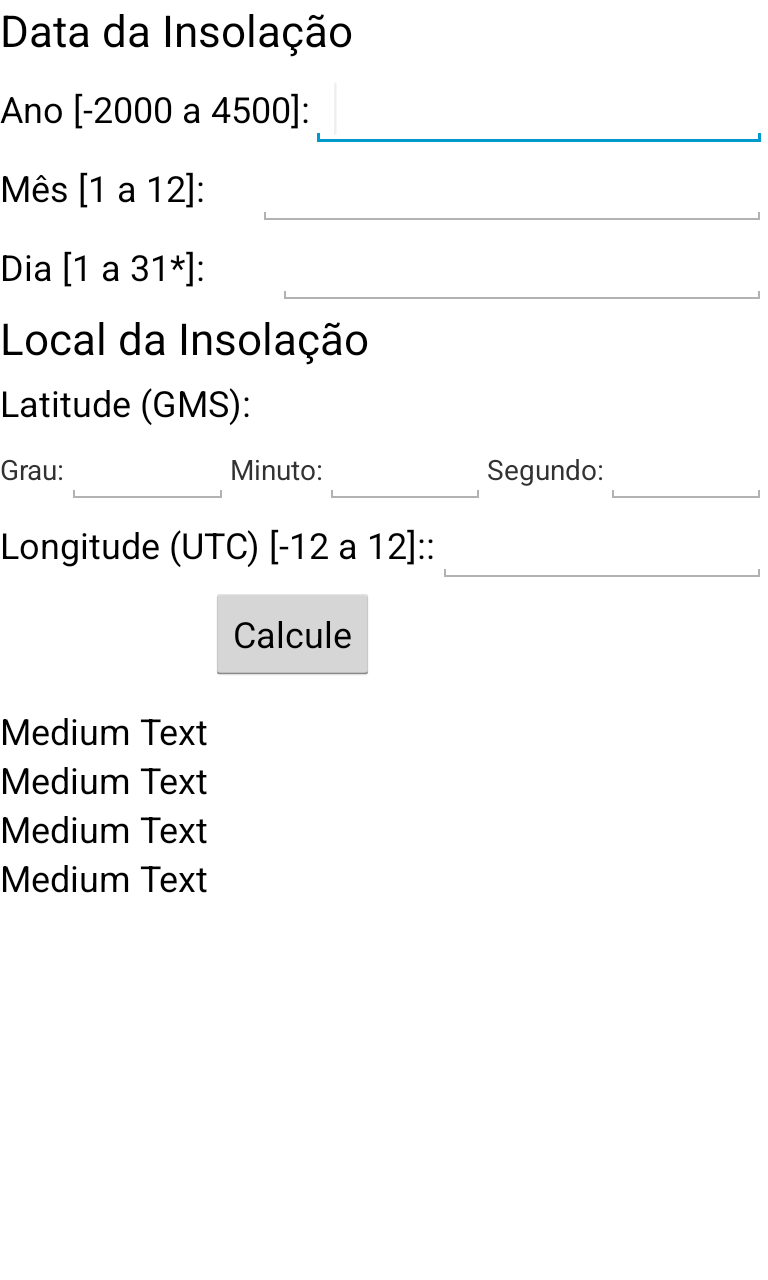
Repository: sergioPereiraBR/insolacao_terrestre
Layout: projeto/source code/InsolacaoTerrestre/res/layout/activity_insolacao_terrestre.xml
An editor plug-in stored every save of this project. The layout is shown before and after the next save, followed by the edit.
It is drawn on a 768 x 1280 px phone screen (xhdpi) without system bars, with theme AppTheme; the app's code is not run.

Above is the layout before, as saved 2016-11-23 12:10:07.

### projeto/source code/InsolacaoTerrestre/res/layout/activity_insolacao_terrestre.xml
<LinearLayout xmlns:android="http://schemas.android.com/apk/res/android"
    xmlns:tools="http://schemas.android.com/tools"
    android:id="@+id/LinearLayout1"
    android:layout_width="match_parent"
    android:layout_height="match_parent"
    android:orientation="vertical"
    tools:context="${relativePackage}.${activityClass}" >

    <LinearLayout
        android:layout_width="fill_parent"
        android:layout_height="35dp" >

        <TextView
            android:id="@+id/textView4"
            android:layout_width="wrap_content"
            android:layout_height="wrap_content"
            android:text="Data da Insolação"
            android:textAppearance="?android:attr/textAppearanceLarge" />
    </LinearLayout>

    <LinearLayout
        android:layout_width="match_parent"
        android:layout_height="wrap_content" >

        <TextView
            android:id="@+id/textView5"
            android:layout_width="wrap_content"
            android:layout_height="wrap_content"
            android:text="Ano [-2000 a 4500]:"
            android:textAppearance="?android:attr/textAppearanceMedium" />

        <EditText
            android:id="@+id/editText1"
            android:layout_width="wrap_content"
            android:layout_height="wrap_content"
            android:layout_weight="1"
            android:ems="10"
            android:inputType="numberSigned" >

            <requestFocus />
        </EditText>
    </LinearLayout>

    <LinearLayout
        android:layout_width="match_parent"
        android:layout_height="wrap_content"
        android:orientation="horizontal" >

        <TextView
            android:id="@+id/textView1"
            android:layout_width="128dp"
            android:layout_height="wrap_content"
            android:text="Mês [1 a 12]:"
            android:textAppearance="?android:attr/textAppearanceMedium" />

        <EditText
            android:id="@+id/editText2"
            android:layout_width="fill_parent"
            android:layout_height="wrap_content"
            android:layout_weight="0.39"
            android:ems="10"
            android:inputType="number" />
    </LinearLayout>

    <LinearLayout
        android:layout_width="match_parent"
        android:layout_height="40dp" >

        <TextView
            android:id="@+id/textView2"
            android:layout_width="wrap_content"
            android:layout_height="wrap_content"
            android:layout_weight="1"
            android:text="Dia [1 a 31*]:"
            android:textAppearance="?android:attr/textAppearanceMedium" />

        <EditText
            android:id="@+id/editText3"
            android:layout_width="wrap_content"
            android:layout_height="wrap_content"
            android:layout_weight="1"
            android:ems="10"
            android:inputType="number" />

    </LinearLayout>

    <LinearLayout
        android:layout_width="match_parent"
        android:layout_height="35dp" >

        <TextView
            android:id="@+id/textView3"
            android:layout_width="wrap_content"
            android:layout_height="wrap_content"
            android:text="Local da Insolação"
            android:textAppearance="?android:attr/textAppearanceLarge" />

    </LinearLayout>

    <LinearLayout
        android:layout_width="match_parent"
        android:layout_height="wrap_content" >

        <TextView
            android:id="@+id/textView6"
            android:layout_width="wrap_content"
            android:layout_height="wrap_content"
            android:text="Latitude (GMS):"
            android:textAppearance="?android:attr/textAppearanceMedium" />

    </LinearLayout>

    <LinearLayout
        android:layout_width="match_parent"
        android:layout_height="wrap_content" >

        <TextView
            android:id="@+id/textView7"
            android:layout_width="wrap_content"
            android:layout_height="wrap_content"
            android:text="Grau:"
            android:textAppearance="?android:attr/textAppearanceSmall" />

        <EditText
            android:id="@+id/editText4"
            android:layout_width="wrap_content"
            android:layout_height="wrap_content"
            android:layout_weight="1"
            android:ems="10"
            android:inputType="numberSigned" />

        <TextView
            android:id="@+id/textView8"
            android:layout_width="wrap_content"
            android:layout_height="wrap_content"
            android:text="Minuto:"
            android:textAppearance="?android:attr/textAppearanceSmall" />

        <EditText
            android:id="@+id/editText5"
            android:layout_width="wrap_content"
            android:layout_height="wrap_content"
            android:layout_weight="1"
            android:ems="10"
            android:inputType="number" />

        <TextView
            android:id="@+id/textView9"
            android:layout_width="wrap_content"
            android:layout_height="wrap_content"
            android:text="Segundo:"
            android:textAppearance="?android:attr/textAppearanceSmall" />

        <EditText
            android:id="@+id/editText6"
            android:layout_width="wrap_content"
            android:layout_height="wrap_content"
            android:layout_weight="1"
            android:ems="10"
            android:inputType="numberDecimal" />

    </LinearLayout>

    <LinearLayout
        android:layout_width="match_parent"
        android:layout_height="40dp" >

        <Space
            android:layout_width="wrap_content"
            android:layout_height="match_parent" />

        <TextView
            android:id="@+id/textView10"
            android:layout_width="wrap_content"
            android:layout_height="wrap_content"
            android:text="Longitude (UTC) [-12 a 12]::"
            android:textAppearance="?android:attr/textAppearanceMedium" />

        <EditText
            android:id="@+id/editText7"
            android:layout_width="wrap_content"
            android:layout_height="wrap_content"
            android:layout_weight="1"
            android:ems="10"
            android:inputType="numberSigned" />

    </LinearLayout>

    <LinearLayout
        android:layout_width="match_parent"
        android:layout_height="60dp" >

        <TextView
            android:id="@+id/textView11"
            android:layout_width="wrap_content"
            android:layout_height="wrap_content"
            android:text="                   "
            android:textAppearance="?android:attr/textAppearanceLarge" />

        <Button
            android:id="@+id/button1"
            android:layout_width="wrap_content"
            android:layout_height="wrap_content"
            android:text="Calcule" />

    </LinearLayout>

    <LinearLayout
        android:layout_width="match_parent"
        android:layout_height="wrap_content"
        android:orientation="vertical" >

        <TextView
            android:id="@+id/textView13"
            android:layout_width="wrap_content"
            android:layout_height="wrap_content"
            android:text="Medium Text"
            android:textAppearance="?android:attr/textAppearanceMedium" />

        <TextView
            android:id="@+id/textView14"
            android:layout_width="wrap_content"
            android:layout_height="wrap_content"
            android:text="Medium Text"
            android:textAppearance="?android:attr/textAppearanceMedium" />

        <TextView
            android:id="@+id/textView15"
            android:layout_width="wrap_content"
            android:layout_height="wrap_content"
            android:text="Medium Text"
            android:textAppearance="?android:attr/textAppearanceMedium" />

        <TextView
            android:id="@+id/textView12"
            android:layout_width="wrap_content"
            android:layout_height="wrap_content"
            android:text="Medium Text"
            android:textAppearance="?android:attr/textAppearanceMedium" />

    </LinearLayout>

</LinearLayout>

Loaded but not shown: projeto/source code/InsolacaoTerrestre/res/values/styles.xml (common file); projeto/source code/InsolacaoTerrestre/res/values-v11/styles.xml (common file); projeto/source code/InsolacaoTerrestre/res/values-v14/styles.xml (common file)

After the next save:
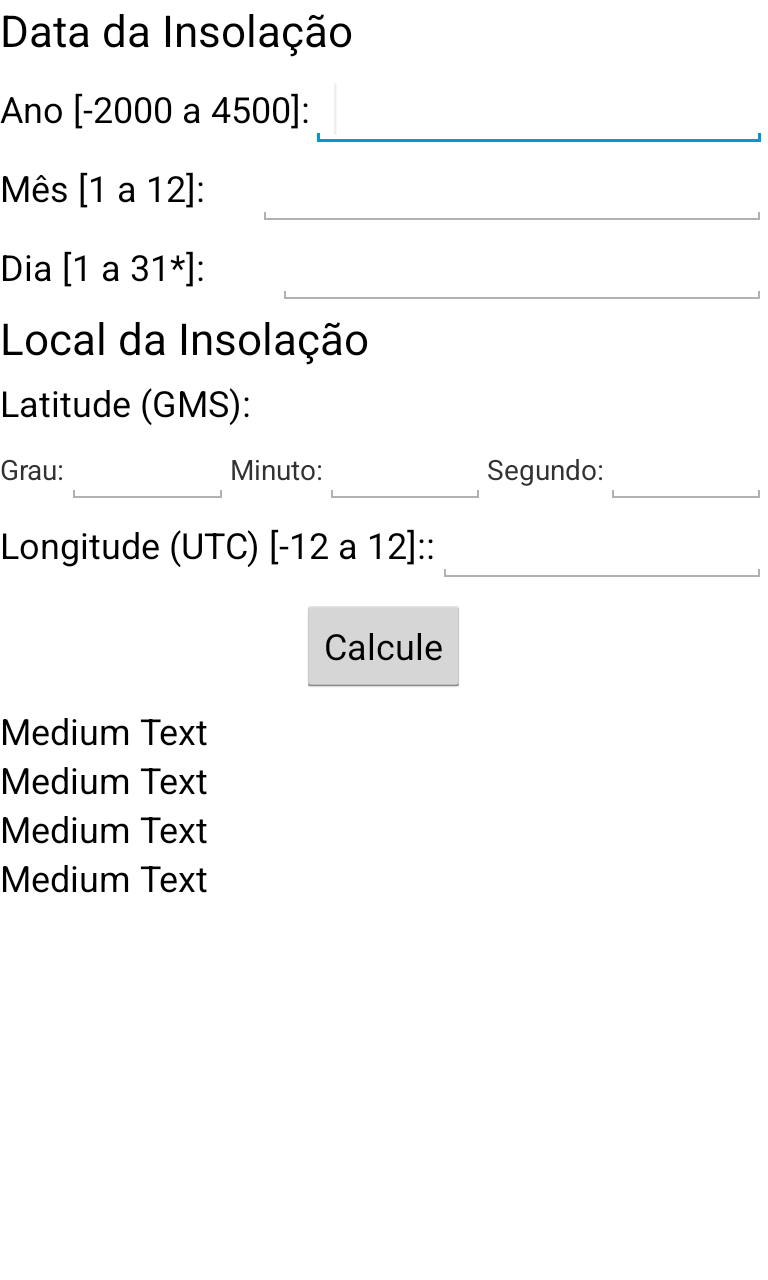
Saved 17 min 43 s later.
--- a/projeto/source code/InsolacaoTerrestre/res/layout/activity_insolacao_terrestre.xml
+++ b/projeto/source code/InsolacaoTerrestre/res/layout/activity_insolacao_terrestre.xml
@@ -190,18 +190,19 @@
         android:layout_width="match_parent"
         android:layout_height="60dp" >
 
-        <TextView
-            android:id="@+id/textView11"
-            android:layout_width="wrap_content"
-            android:layout_height="wrap_content"
-            android:text="                   "
-            android:textAppearance="?android:attr/textAppearanceLarge" />
-
-        <Button
-            android:id="@+id/button1"
-            android:layout_width="wrap_content"
-            android:layout_height="wrap_content"
-            android:text="Calcule" />
+        <RelativeLayout
+            android:layout_width="fill_parent"
+            android:layout_height="fill_parent" >
+
+            <Button
+                android:id="@+id/button1"
+                android:layout_width="wrap_content"
+                android:layout_height="wrap_content"
+                android:layout_centerHorizontal="true"
+                android:layout_centerVertical="true"
+                android:text="Calcule" />
+
+        </RelativeLayout>
 
     </LinearLayout>
 
